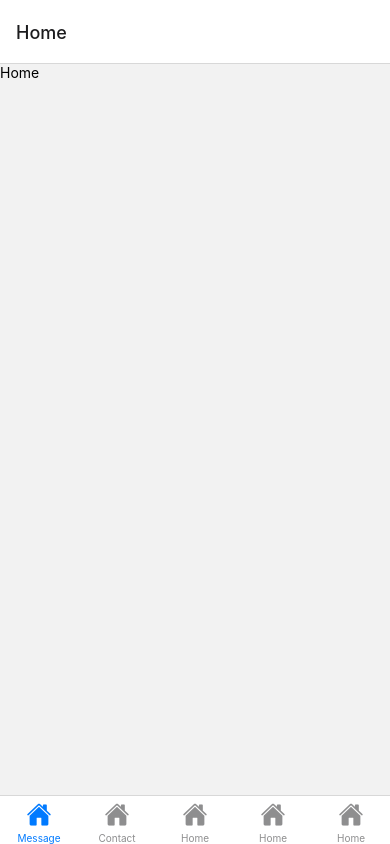
Repository: dinhtq-47/react-native
Screen: /
These files come from the project's save history. The screen is drawn as it stood at one moment and after the next save; the edit follows.
The app was drawn by React Native's web renderer in a window 390 px wide. The project was rebuilt for these pictures with package versions that can differ from the ones it lists, and the page was loaded fresh each time. Also part of the build but not shown: screens/Contact.js, screens/Discover.js, screens/Note.js, screens/Individual.js.

Above is the screen before, as saved 2022-02-16 17:55:09.

### App.js
import "react-native-gesture-handler";
import { View } from "react-native";
import HomeTab from "./navigations/Home";
import { NavigationContainer } from "@react-navigation/native";
const App = () => {
  return (
    <NavigationContainer>
      <View style={{ flex: 1 }}>
        <HomeTab />
      </View>
    </NavigationContainer>
  );
};

export default App;

### navigations/Home.js
import { createBottomTabNavigator } from "@react-navigation/bottom-tabs";
import Home from "../screens/Home";
import Contact from "../screens/Contact";
import Discover from "../screens/Discover";
import Note from "../screens/Note";
import Individual from "../screens/Individual";
import { Ionicons } from "@expo/vector-icons";
const Tab = createBottomTabNavigator();

const HomeTab = () => {
  return (
    <Tab.Navigator>
      <Tab.Screen
        name="Home"
        component={Home}
        options={{
          tabBarLabel: "Message",
          tabBarIcon: ({ color, size }) => (
            <Ionicons name="home" color={color} size={size} />
          ),
        }}
      />
      <Tab.Screen
        name="Contact"
        component={Contact}
        options={{
          tabBarLabel: "Contact",
          tabBarIcon: ({ color, size }) => (
            <Ionicons name="home" color={color} size={size} />
          ),
        }}
      />
      <Tab.Screen
        name="Discover"
        component={Discover}
        options={{
          tabBarLabel: "Home",
          tabBarIcon: ({ color, size }) => (
            <Ionicons name="home" color={color} size={size} />
          ),
        }}
      />
      <Tab.Screen
        name="Note"
        component={Note}
        options={{
          tabBarLabel: "Home",
          tabBarIcon: ({ color, size }) => (
            <Ionicons name="home" color={color} size={size} />
          ),
        }}
      />
      <Tab.Screen
        name="Individual"
        component={Individual}
        options={{
          tabBarLabel: "Home",
          tabBarIcon: ({ color, size }) => (
            <Ionicons name="home" color={color} size={size} />
          ),
        }}
      />
    </Tab.Navigator>
  );
};

export default HomeTab;

### screens/Home.js
import { StyleSheet, View, StatusBar, Text, SafeAreaView } from "react-native";

const Home = () => {
  return (
    <SafeAreaView>
      <StatusBar barStyle="dark-content" />
      <View style={styles.container}>
        <Text>Home</Text>
      </View>
    </SafeAreaView>
  );
};

const styles = StyleSheet.create({
  container: {
    width: "100%",
    height: "100%",
  },
});

export default Home;

After the next save:
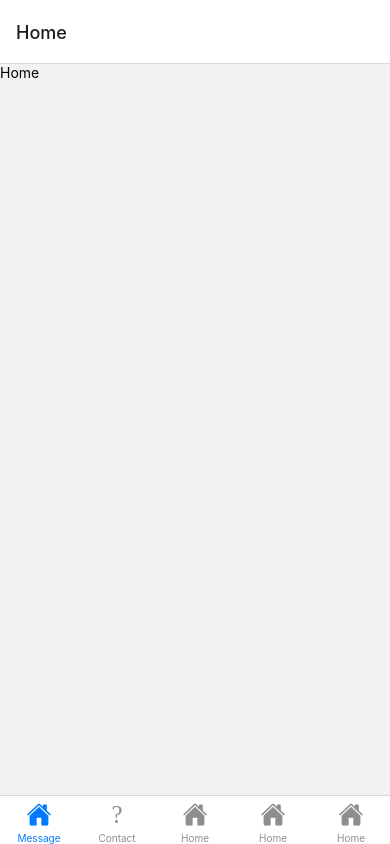
Saved 6 s later.
--- a/navigations/Home.js
+++ b/navigations/Home.js
@@ -26,7 +26,7 @@
         options={{
           tabBarLabel: "Contact",
           tabBarIcon: ({ color, size }) => (
-            <Ionicons name="home" color={color} size={size} />
+            <Ionicons name="Contact" color={color} size={size} />
           ),
         }}
       />

After the save that followed:
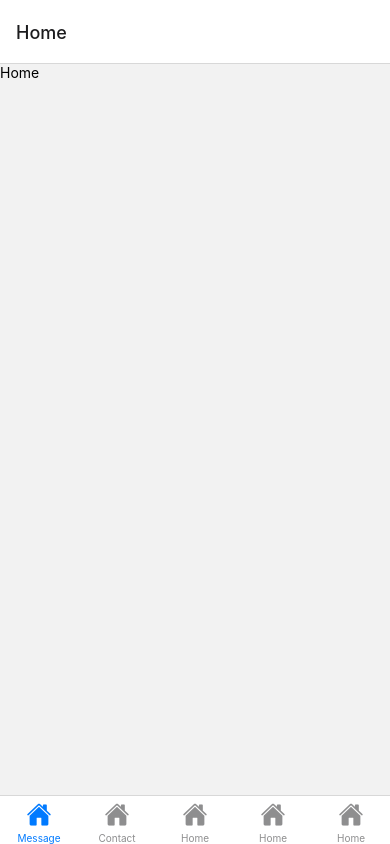
Saved 4 s later.
--- a/navigations/Home.js
+++ b/navigations/Home.js
@@ -26,7 +26,7 @@
         options={{
           tabBarLabel: "Contact",
           tabBarIcon: ({ color, size }) => (
-            <Ionicons name="Contact" color={color} size={size} />
+            <Ionicons name="home" color={color} size={size} />
           ),
         }}
       />
